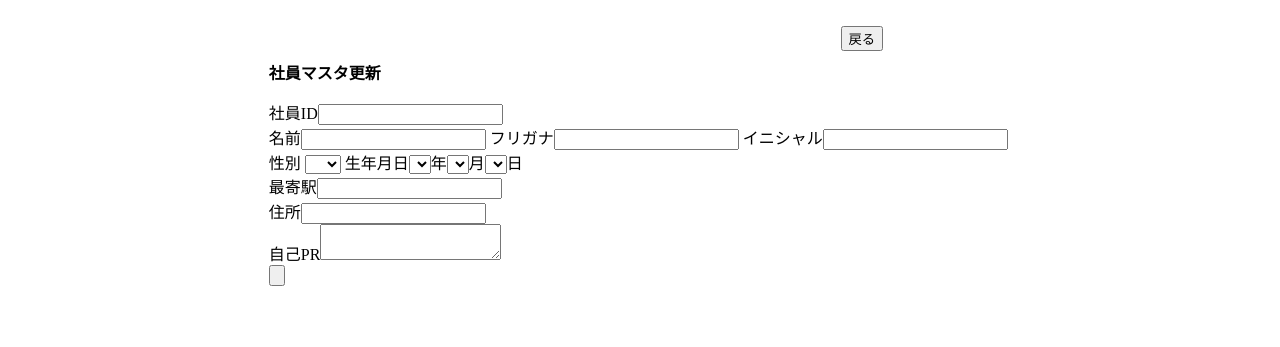
Repository: nguyenvantandev/WebApp
Page: http://localhost/EmployeeInfoSystem/EmployeeUpdate.jsp
These files come from the project's save history. The page is drawn as it stood at one moment and after the next save; the edit follows.
The browser window is 1280 px wide. The pictures show the whole page.
The page is served by Tomcat 9. Other server files are loaded and not shown.

Above is the page before, as saved 2016-05-31 07:51:57.

### EmployeeInfoSystem/WebContent/EmployeeUpdate.jsp
<%@ page language="java" contentType="text/html; charset=UTF-8"
    pageEncoding="UTF-8"%>
<!DOCTYPE html PUBLIC "-//W3C//DTD HTML 4.01 Transitional//EN" "http://www.w3.org/TR/html4/loose.dtd">
<html>
<head>
<meta http-equiv="Content-Type" content="text/html; charset=UTF-8">
<link rel="stylesheet" type="text/css" href="css/EmployeeUpdate.css">
<script type="text/javascript" src="js/EmployeeUpdate.js"></script>
<title>社員マスタ更新画面</title>
</head>
<body>

<input type="hidden"name="id" id="id" value="<%=request.getAttribute("id")%>">
<form action="ShainMasterUpdate" method="post" id="employeeUpdate" name="employeeUpdate">
	<input type="button" id="modoru" name="modoru" value="戻る"><br>
	<p><b>社員マスタ更新</b></p>
	<span>社員ID</span><input type="text" id="shainId" name="shainId" value=""><br>
	<span>名前</span><input type="text" id="namae" name="namae" value="">
	<span>フリガナ</span><input type="text" id="furigana" name="furigana" value="">
	<span>イニシャル</span><input type="text" id="inisharu" name="inisharu"value=""><br>
	<span>性別</span>
	<select id="sebetsu" name="sebetsu">
	<option></option>
	<option>男</option>
	<option>女</option>
	</select>
	<span>生年月日</span><select id="year" name="year"></select><span>年</span><select id="month" name="month"></select><span>月</span><select id="day" name="day"></select><span>日</span><br>
	<span>最寄駅</span><input type="text" id="saiyorieki" name="saiyorieki" value=""><br>
	<span>住所</span><input type="text" id="jusho" name="jusho" value=""><br>
	<span>自己PR</span><textarea id="jikopr" name="jikopr"></textarea><br>
	<input type="button" id="addUpdate" name="addUpdate">

</form>
</body>
</html>

### EmployeeInfoSystem/WebContent/css/EmployeeUpdate.css
@CHARSET "UTF-8";

body {
	    margin-left: 21%;
    margin-right: 10%;
    margin-top: 2%;
}
h2 {
	    margin-bottom: 43px;
    margin-top: 0px;
}
#modoru{
	right: 31%;
	position: absolute;
}

### EmployeeInfoSystem/WebContent/js/EmployeeUpdate.js
function employeeUpdate_load() {
	/*
	 * 生年月日 日付設定 ↓
	 */
	var nowyear = new Date().getFullYear();
	var startyear = 2020;
	var endyear = 1950;
	var optionsyear = "";
	for (var year = startyear; year >= endyear; year--) {
		optionsyear += "<option>" + year + "</option>";
	}
	document.getElementsByName("year")[0].innerHTML = optionsyear;
	$('#year').val("");
	// month
	var startmonth = 1;
	var endmonth = 12;
	var optionsmonth = "";
	for (var month = startmonth; month <= endmonth; month++) {
		if (month <= 9) {
			month = "0" + month.toString();
		}
		optionsmonth += "<option>" + month + "</option>";
	}
	document.getElementsByName("month")[0].innerHTML = optionsmonth;
	$('#month').val("");
	// day
	var startday = 1;
	var endday = 31;
	var optionsday = "";
	for (var day = startday; day <= endday; day++) {
		if (day <= 9) {
			day = "0" + day.toString();
		}
		optionsday += "<option>" + day + "</option>";
	}
	document.getElementsByName("day")[0].innerHTML = optionsday;
	$('#day').val("");
	/*
	 * 生年月日 日付設定 ↑
	 */

	/*
	 * 社員マスタ検索画面から取得した値 ↓
	 */
	var shainId_search = document.getElementById("shainId_search").value;
	document.getElementById("shainId_search").value = shainId_search;
	var namae_search = document.getElementById("namae_search").value;
	document.getElementById("namae_search").value = namae_search;
	var sebetsu_search = document.getElementById("sebetsu_search").value;
	document.getElementById("sebetsu_search").value = sebetsu_search;
	var sakujo_search = document.getElementById("sakujo_search").value;
	document.getElementById("sakujo_search").value = sakujo_search;
	var shainNum = document.getElementById("shainNum").value;
	document.getElementById("shainNum").value = shainNum;
	/*
	 * 社員マスタ検索画面から取得した値 ↑
	 */

	/*
	 * 社員マスタ検索画面で「新規追加」ボタンを押下場合 ↓
	 */
	var shainId = document.getElementById("shainId").value;
	if (shainId == "null") {
		document.getElementById("shainId").value = "";
	} else {
		document.getElementById("shainNum").value = shainId
		document.getElementById("shainId").disabled = true;
		document.getElementById("shainId").value = shainId;
	}

	var namae = document.getElementById("namae").value;
	if (namae == "null") {
		document.getElementById("namae").value = "";
	} else {
		document.getElementById("namae").value = namae;
	}

	var furigana = document.getElementById("furigana").value;
	if (furigana == "null") {
		document.getElementById("furigana").value = "";
	} else {
		document.getElementById("furigana").value = furigana;
	}

	var inisharu = document.getElementById("inisharu").value;
	if (inisharu == "null") {
		document.getElementById("inisharu").value = "";
	} else {
		document.getElementById("inisharu").value = inisharu;
	}

	var saiyorieki = document.getElementById("saiyorieki").value;
	if (saiyorieki == "null") {
		document.getElementById("saiyorieki").value = "";
	} else {
		document.getElementById("saiyorieki").value = saiyorieki;
	}

	var jusho = document.getElementById("jusho").value;
	if (jusho == "null") {
		document.getElementById("jusho").value = "";
	} else {
		document.getElementById("jusho").value = jusho;
	}

	var jikopr = document.getElementById("jikopr").value;
	if (jikopr == "null") {
		document.getElementById("jikopr").value = "";
	} else {
		document.getElementById("jikopr").value = jikopr;
	}

	var sex = document.getElementById("selcect_sex").value;
	if (sex == "null") {
		document.getElementById("sebetsu")[0].innerHTML = "";
	} else {
		document.getElementById("sebetsu")[0].innerHTML = sex;
	}

	var birth_year = document.getElementById("birth_year").value;
	if (birth_year == "null") {
		$('#year').val("");
	} else {
		$('#year').val(birth_year);
	}

	var birth_month = document.getElementById("birth_month").value;
	if (birth_month == "null") {
		$('#month').val("");
	} else {
		$('#month').val(birth_month);
	}

	var birth_day = document.getElementById("birth_day").value;
	if (birth_day == "null") {
		$('#day').val("");
	} else {
		$('#day').val(birth_day);
	}

	/*
	 * 社員マスタ検索画面で「新規追加」ボタンを押下場合 ↑
	 */
	var serverErrorMs = document.getElementById("serverErrorMs").value;
	if (serverErrorMs != "null") {
		document.getElementById("addUpdate").disabled = true;
		alert(serverErrorMs);
		return false;
	}
	var notFind = document.getElementById("conditionVal").value;
	if (notFind != "") {
		alert(notFind);
		document.getElementById("conditionVal").value = "検索画面";
		document.getElementById("employeeUpdate").submit();
	}
	var completeMs = document.getElementById("completeMs").value;
	if (completeMs != "null") {
		alert(completeMs);
	}
	if (shainNum != "null") {
		document.getElementById("conditionVal").value = "初期表示";
		document.getElementById("employeeUpdate").submit();
	} else {
		return false;
	}

}

function modoru_click() {
	document.getElementById("conditionVal").value = "戻る";
	document.getElementById("employeeUpdate").submit();
}

function addUpdate_click() {
	var shainId = document.getElementById("shainId").value;
	if (shainId == "") {
		alert("社員IDが未入力です。");
		return false;
	}
	if (shainId != "") {
		var regex = /^[A-Za-z0-9]+$/;
		if (!shainId.match(regex)) {
			alert("社員IDは半角英数字で入力してください。");
			return false;
		}
	}
	var namae = document.getElementById("namae").value;
	if (namae == "" || namae == " " || namae == "　") {
		alert("名前が未入力です。");
		return false;
	}

	var furigana = document.getElementById("furigana").value;
	if (furigana == "" || furigana == " " || furigana == "　") {
		alert("フリガナが未入力です。");
		return false;
	}
	var inisharu = document.getElementById("inisharu").value;
	if (inisharu == "" || inisharu == " " || inisharu == "　") {
		alert("イニシャルが未入力です。");
		return false;
	}
	var sebetsu = document.getElementById("sebetsu").value;
	if (sebetsu == "") {
		alert("性別が未選択です。");
		return false;
	}
	var year = document.getElementById("year").value;
	if (year == "") {
		alert("生年月日が未選択です。");
		return false;
	}
	var month = document.getElementById("month").value;
	if (month == "") {
		alert("生年月日が未選択です。");
		return false;
	}
	var day = document.getElementById("day").value;
	if (day == "") {
		alert("生年月日が未選択です。");
		return false;
	}
	dt = new Date(year, month - 1, day);
	if (dt.getFullYear() != year || dt.getMonth() != month - 1
			|| dt.getDate() != day) {
		alert("出版年月日が不正です。");
		return false;
	}

	var jusho = document.getElementById("jusho").value;
	if (jusho == "" || jusho == " " || jusho == "　") {
		alert("住所が未入力です。");
		return false;
	}
	var com = confirm("社員を登録/更新してよろしいですか？");
	if (com == true) {
		document.getElementById("conditionVal").value = "登録/更新";
		document.getElementById("shainNum").value = shainId;
		document.getElementById("employeeUpdate").submit();
	} else {
		return false;
	}
}

After the next save:
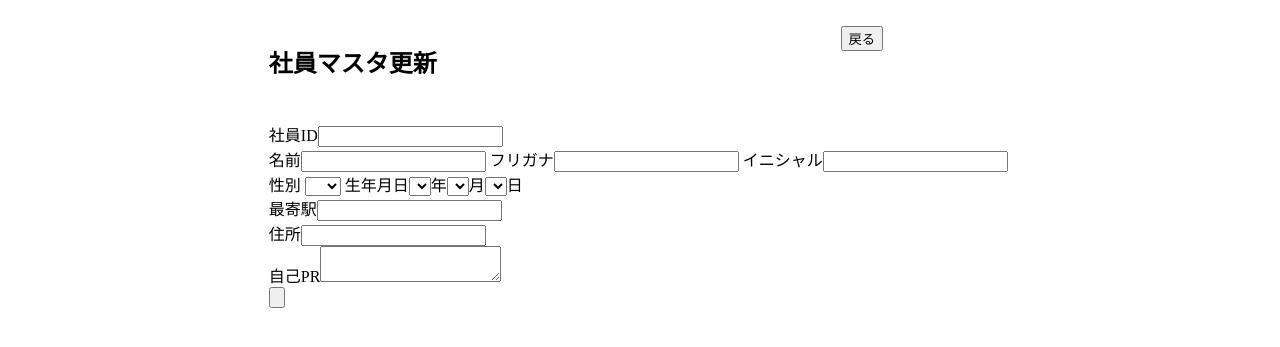
Saved 15 s later.
--- a/EmployeeInfoSystem/WebContent/EmployeeUpdate.jsp
+++ b/EmployeeInfoSystem/WebContent/EmployeeUpdate.jsp
@@ -13,7 +13,7 @@
 <input type="hidden"name="id" id="id" value="<%=request.getAttribute("id")%>">
 <form action="ShainMasterUpdate" method="post" id="employeeUpdate" name="employeeUpdate">
 	<input type="button" id="modoru" name="modoru" value="戻る"><br>
-	<p><b>社員マスタ更新</b></p>
+	<h2><b>社員マスタ更新</b></h2>
 	<span>社員ID</span><input type="text" id="shainId" name="shainId" value=""><br>
 	<span>名前</span><input type="text" id="namae" name="namae" value="">
 	<span>フリガナ</span><input type="text" id="furigana" name="furigana" value="">
